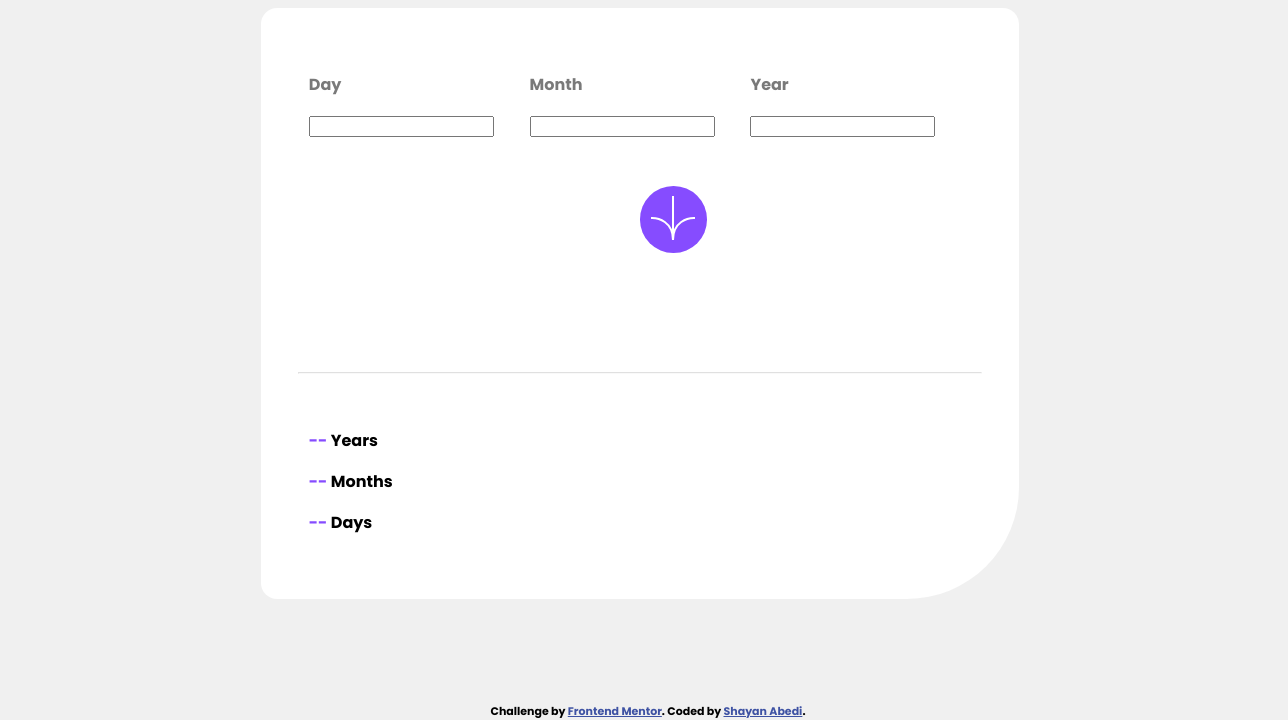
Repository: shayanabedi98/age-calculator
Page: index.html
An editor plug-in stored every save of this project. The page is shown before and after the next save, followed by the edit.
The browser window is 1280 px wide. The page is 1288 px wide, so the pictures cover 1288 px, including what lies to the right of the window. The pictures show the whole page.

Above is the page before, as saved 2023-09-19 20:32:47.

After the next save:
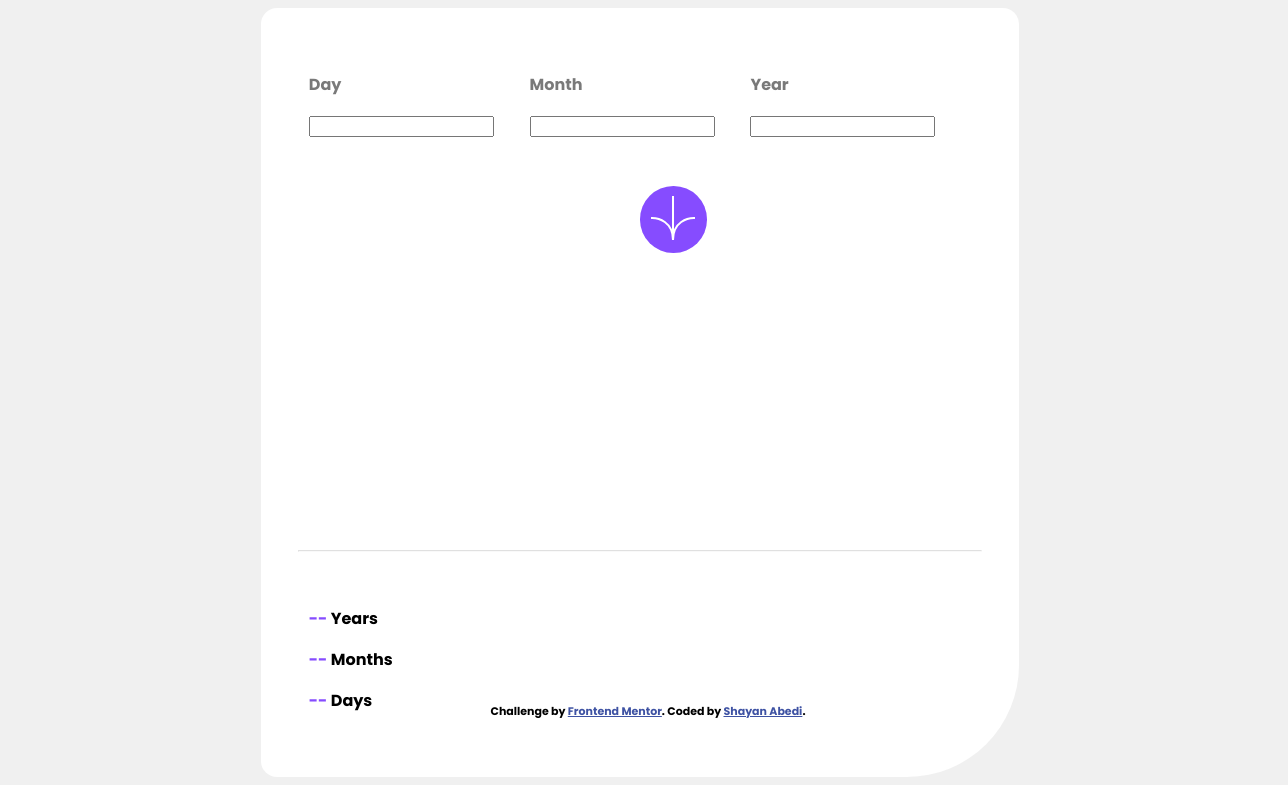
Saved 4 s later.
--- a/styles.css
+++ b/styles.css
@@ -13,7 +13,7 @@
     border-radius: 1em 1em 7em 1em;
     text-align: center;
     display: grid;
-    grid-template-rows: 1fr 1fr;
+    grid-template-rows: 1fr 2fr;
     width: 60%;
     margin-left: 20%;
 }

After the save that followed:
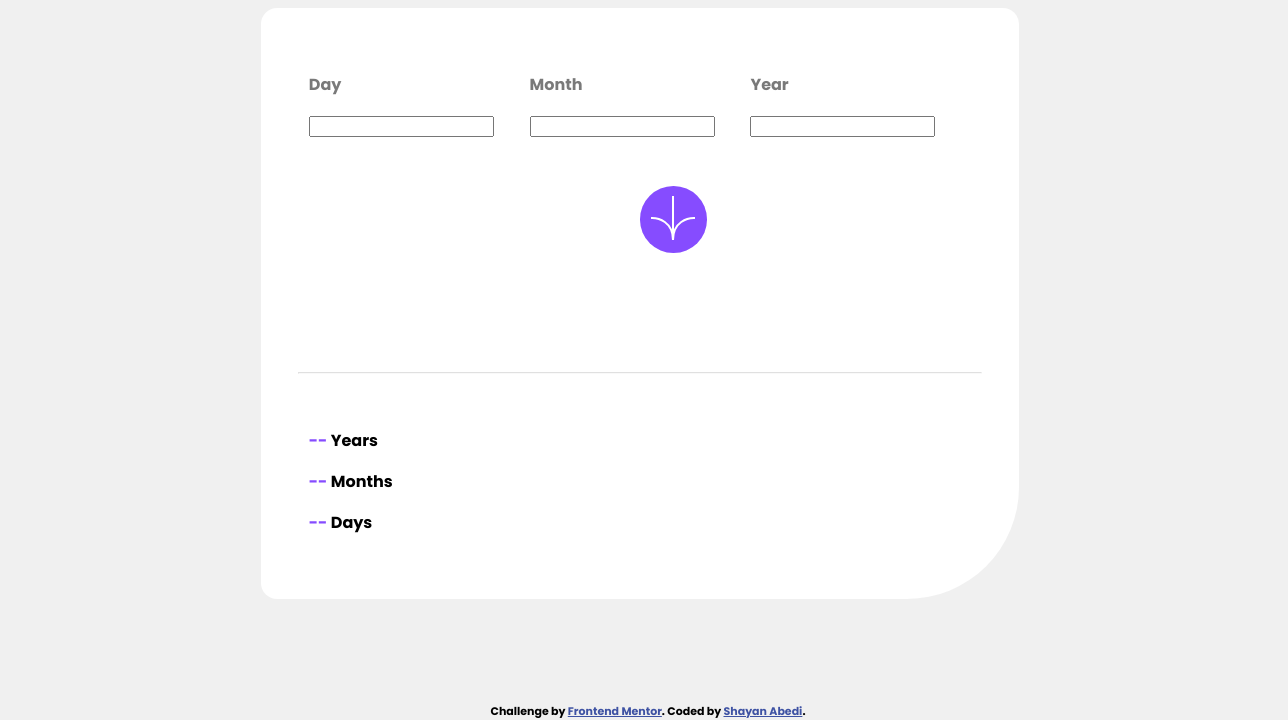
Saved 7 s later.
--- a/styles.css
+++ b/styles.css
@@ -13,7 +13,7 @@
     border-radius: 1em 1em 7em 1em;
     text-align: center;
     display: grid;
-    grid-template-rows: 1fr 2fr;
+    grid-template-rows: 1fr 1fr;
     width: 60%;
     margin-left: 20%;
 }
